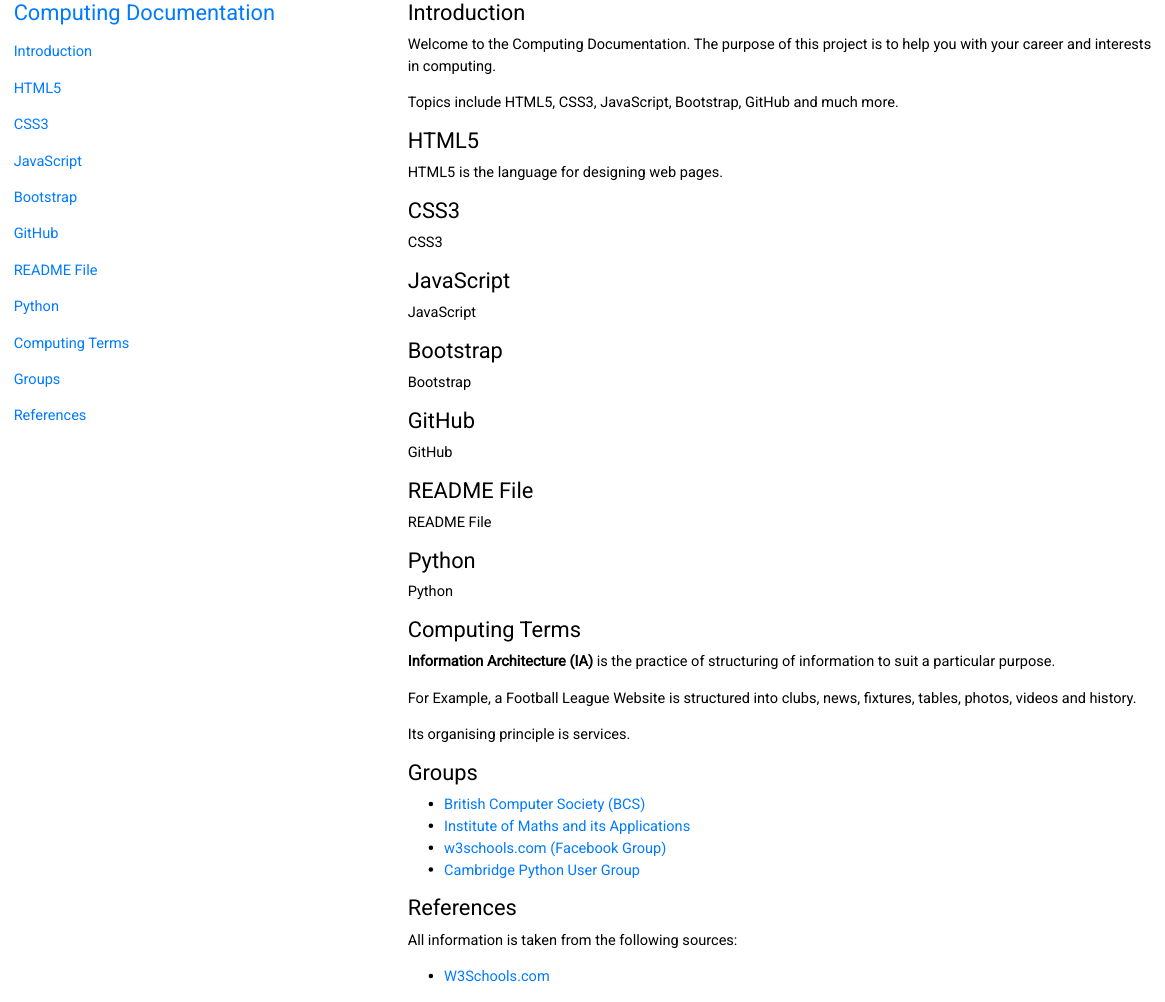
Repository: derektypist/technical-documentation-page
Page: index.html
The author's editor kept a record of every edit. The page is drawn from the files as they stood at one moment, then again after the next edit.
The browser window is 1280 px wide. The pictures show the whole page, at 91% of full size.

Above is the page before.

After the next edit:
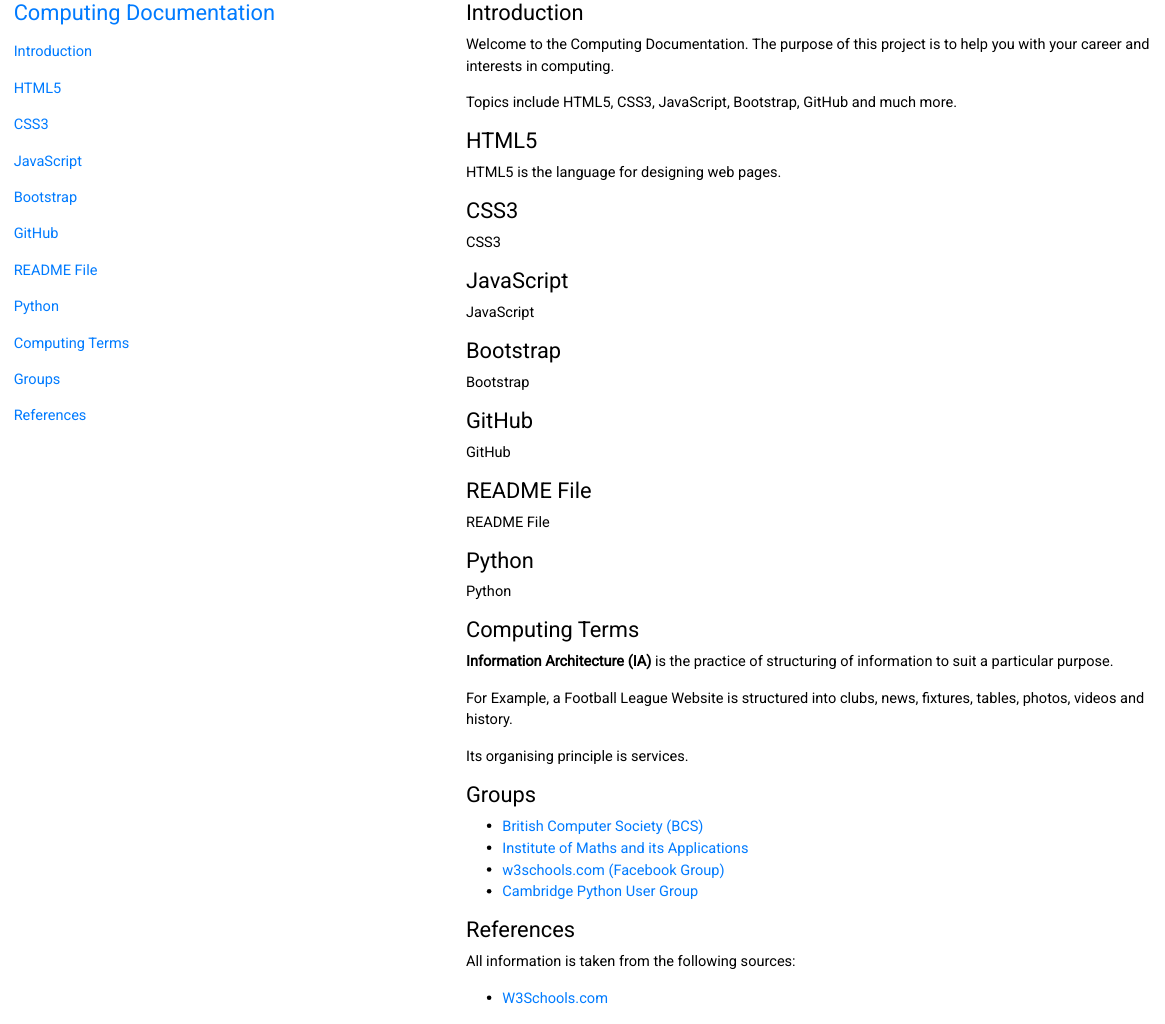
The edit:
--- a/index.html
+++ b/index.html
@@ -23,7 +23,7 @@
 
     #main-doc {
       font-family: "Roboto", Arial, Verdana, sans-serif;
-      padding-left: 35%;
+      padding-left: 40%;
     }
 
     /* Main Section */
